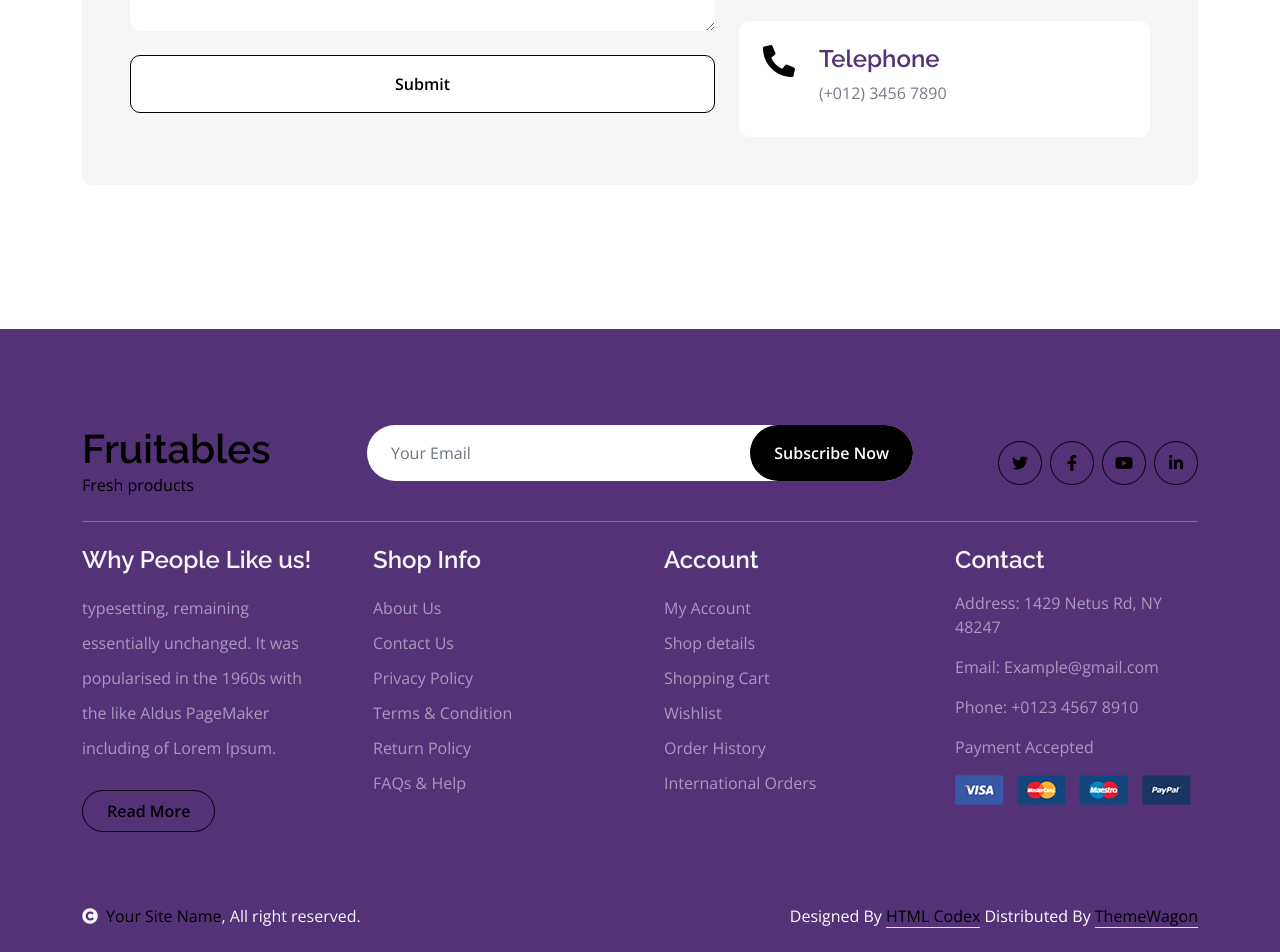
Repository: ChristhurasaRoshan/Maxiyux-New
Page: contact.html
An editor plug-in stored every save of this project. The page is shown before and after the next save, followed by the edit.
The browser window is 1280 px wide. The pictures show the part of the page from y = 1339 to 2291 px (the page is 2291 px tall before and 2279 px after).
Some web libraries are served in a nearby version.

Above is the page before, as saved 2024-10-07 13:52:56.

### contact.html
<!DOCTYPE html>
<html lang="en">

    <head>
        <meta charset="utf-8">
        <title>Fruitables - Vegetable Website Template</title>
        <meta content="width=device-width, initial-scale=1.0" name="viewport">
        <meta content="" name="keywords">
        <meta content="" name="description">

        <!-- Google Web Fonts -->
        <link rel="preconnect" href="https://fonts.googleapis.com">
        <link rel="preconnect" href="https://fonts.gstatic.com" crossorigin>
        <link href="https://fonts.googleapis.com/css2?family=Open+Sans:wght@400;600&family=Raleway:wght@600;800&display=swap" rel="stylesheet">

        <!-- Icon Font Stylesheet -->
        <link rel="stylesheet" href="https://use.fontawesome.com/releases/v5.15.4/css/all.css"/>
        <link href="https://cdn.jsdelivr.net/npm/bootstrap-icons@1.4.1/font/bootstrap-icons.css" rel="stylesheet">

        <!-- Libraries Stylesheet -->
        <link href="lib/lightbox/css/lightbox.min.css" rel="stylesheet">
        <link href="lib/owlcarousel/assets/owl.carousel.min.css" rel="stylesheet">


        <!-- Customized Bootstrap Stylesheet -->
        <link href="css/bootstrap.min.css" rel="stylesheet">

        <!-- Template Stylesheet -->
        <link href="css/style.css" rel="stylesheet">
    </head>

    <body>

        <!-- Spinner Start -->
        <div id="spinner" class="show w-100 vh-100 bg-white position-fixed translate-middle top-50 start-50  d-flex align-items-center justify-content-center">
            <div class="spinner-grow text-primary" role="status"></div>
        </div>
        <!-- Spinner End -->


        <!-- Navbar start -->
        <div class="container-fluid fixed-top">
            <div class="container topbar bg-primary d-none d-lg-block">
                <div class="d-flex justify-content-between">
                    <div class="top-info ps-2">
                        <small class="me-3"><i class="fas fa-map-marker-alt me-2 text-secondary"></i> <a href="#" class="text-white">123 Street, New York</a></small>
                        <small class="me-3"><i class="fas fa-envelope me-2 text-secondary"></i><a href="#" class="text-white">Email@Example.com</a></small>
                    </div>
                    <div class="top-link pe-2">
                        <a href="#" class="text-white"><small class="text-white mx-2">Privacy Policy</small>/</a>
                        <a href="#" class="text-white"><small class="text-white mx-2">Terms of Use</small>/</a>
                        <a href="#" class="text-white"><small class="text-white ms-2">Sales and Refunds</small></a>
                    </div>
                </div>
            </div>
            <div class="container px-0">
                <nav class="navbar navbar-light bg-white navbar-expand-xl">
                    <!-- <img src="img/logo.png"> -->
                    <button class="navbar-toggler py-2 px-3" type="button" data-bs-toggle="collapse" data-bs-target="#navbarCollapse">
                        <span class="fa fa-bars text-primary"></span>
                    </button>
                    <div class="collapse navbar-collapse bg-white" id="navbarCollapse">
                        <div class="navbar-nav mx-auto">
                            <a href="index.html" class="nav-item nav-link active">Home</a>
                            <a href="about.html" class="nav-item nav-link active">About</a>
                            <a href="shop.html" class="nav-item nav-link">Shop</a>
                            <a href="shop-detail.html" class="nav-item nav-link">Shop Detail</a>
                            <div class="nav-item dropdown">
                                <a href="#" class="nav-link dropdown-toggle" data-bs-toggle="dropdown">Pages</a>
                                <div class="dropdown-menu m-0 bg-secondary rounded-0">
                                    <a href="cart.html" class="dropdown-item">Cart</a>
                                    <a href="chackout.html" class="dropdown-item">Chackout</a>
                                    <a href="testimonial.html" class="dropdown-item">Testimonial</a>
                                    <!-- <a href="404.html" class="dropdown-item">404 Page</a> -->
                                </div>
                            </div>
                            <a href="contact.html" class="nav-item nav-link">Contact</a>
                        </div>
                        <div class="d-flex m-3 me-0">
                            <button class="btn-search btn border border-secondary btn-md-square rounded-circle bg-white me-4" data-bs-toggle="modal" data-bs-target="#searchModal"><i class="fas fa-search text-primary"></i></button>
                            <a href="#" class="position-relative me-4 my-auto">
                                <i class="fa fa-shopping-bag fa-2x"></i>
                                <span class="position-absolute bg-secondary rounded-circle d-flex align-items-center justify-content-center text-white px-1" style="top: -5px; left: 15px; height: 20px; min-width: 20px;">3</span>
                            </a>
                            <a href="#" class="my-auto">
                                <i class="fas fa-user fa-2x"></i>
                            </a>
                        </div>
                    </div>
                </nav>
            </div>
        </div>
        <!-- Navbar End -->


        <!-- Modal Search Start -->
        <div class="modal fade" id="searchModal" tabindex="-1" aria-labelledby="exampleModalLabel" aria-hidden="true">
            <div class="modal-dialog modal-fullscreen">
                <div class="modal-content rounded-0">
                    <div class="modal-header">
                        <h5 class="modal-title" id="exampleModalLabel">Search by keyword</h5>
                        <button type="button" class="btn-close" data-bs-dismiss="modal" aria-label="Close"></button>
                    </div>
                    <div class="modal-body d-flex align-items-center">
                        <div class="input-group w-75 mx-auto d-flex">
                            <input type="search" class="form-control p-3" placeholder="keywords" aria-describedby="search-icon-1">
                            <span id="search-icon-1" class="input-group-text p-3"><i class="fa fa-search"></i></span>
                        </div>
                    </div>
                </div>
            </div>
        </div>
        <!-- Modal Search End -->


        <!-- Single Page Header start -->
        <div class="container-fluid page-header py-5">
            <h1 class="text-center text-white display-6">Contact</h1>
            <ol class="breadcrumb justify-content-center mb-0">
                <li class="breadcrumb-item"><a href="#">Home</a></li>
                <li class="breadcrumb-item"><a href="#">Pages</a></li>
                <li class="breadcrumb-item active text-white">Contact</li>
            </ol>
        </div>
        <!-- Single Page Header End -->


        <!-- Contact Start -->
        <div class="container-fluid contact py-5">
            <div class="container py-5">
                <div class="p-5 bg-light rounded">
                    <div class="row g-4">
                        <div class="col-12">
                            <div class="text-center mx-auto" style="max-width: 700px;">
                                <h1 class="text-primary">Get in touch</h1>
                                <p class="mb-4">The contact form is currently inactive. Get a functional and working contact form with Ajax & PHP in a few minutes. Just copy and paste the files, add a little code and you're done. <a href="https://htmlcodex.com/contact-form">Download Now</a>.</p>
                            </div>
                        </div>
                        <div class="col-lg-12">
                            <div class="h-100 rounded">
                                <iframe class="rounded w-100"
                                style="height: 400px;" src="https://www.google.com/maps/embed?pb=!1m18!1m12!1m3!1d387191.33750346623!2d-73.97968099999999!3d40.6974881!2m3!1f0!2f0!3f0!3m2!1i1024!2i768!4f13.1!3m3!1m2!1s0x89c24fa5d33f083b%3A0xc80b8f06e177fe62!2sNew%20York%2C%20NY%2C%20USA!5e0!3m2!1sen!2sbd!4v1694259649153!5m2!1sen!2sbd"
                                loading="lazy" referrerpolicy="no-referrer-when-downgrade"></iframe>
                            </div>
                        </div>
                        <div class="col-lg-7">
                            <form action="" class="">
                                <input type="text" class="w-100 form-control border-0 py-3 mb-4" placeholder="Your Name">
                                <input type="email" class="w-100 form-control border-0 py-3 mb-4" placeholder="Enter Your Email">
                                <textarea class="w-100 form-control border-0 mb-4" rows="5" cols="10" placeholder="Your Message"></textarea>
                                <button class="w-100 btn form-control border-secondary py-3 bg-white text-primary " type="submit">Submit</button>
                            </form>
                        </div>
                        <div class="col-lg-5">
                            <div class="d-flex p-4 rounded mb-4 bg-white">
                                <i class="fas fa-map-marker-alt fa-2x text-primary me-4"></i>
                                <div>
                                    <h4>Address</h4>
                                    <p class="mb-2">123 Street New York.USA</p>
                                </div>
                            </div>
                            <div class="d-flex p-4 rounded mb-4 bg-white">
                                <i class="fas fa-envelope fa-2x text-primary me-4"></i>
                                <div>
                                    <h4>Mail Us</h4>
                                    <p class="mb-2">info@example.com</p>
                                </div>
                            </div>
                            <div class="d-flex p-4 rounded bg-white">
                                <i class="fa fa-phone-alt fa-2x text-primary me-4"></i>
                                <div>
                                    <h4>Telephone</h4>
                                    <p class="mb-2">(+012) 3456 7890</p>
                                </div>
                            </div>
                        </div>
                    </div>
                </div>
            </div>
        </div>
        <!-- Contact End -->


        <!-- Footer Start -->
        <div class="container-fluid bg-dark text-white-50 footer pt-5 mt-5">
            <div class="container py-5">
                <div class="pb-4 mb-4" style="border-bottom: 1px solid rgba(226, 175, 24, 0.5) ;">
                    <div class="row g-4">
                        <div class="col-lg-3">
                            <a href="#">
                                <h1 class="text-primary mb-0">Fruitables</h1>
                                <p class="text-secondary mb-0">Fresh products</p>
                            </a>
                        </div>
                        <div class="col-lg-6">
                            <div class="position-relative mx-auto">
                                <input class="form-control border-0 w-100 py-3 px-4 rounded-pill" type="number" placeholder="Your Email">
                                <button type="submit" class="btn btn-primary border-0 border-secondary py-3 px-4 position-absolute rounded-pill text-white" style="top: 0; right: 0;">Subscribe Now</button>
                            </div>
                        </div>
                        <div class="col-lg-3">
                            <div class="d-flex justify-content-end pt-3">
                                <a class="btn  btn-outline-secondary me-2 btn-md-square rounded-circle" href=""><i class="fab fa-twitter"></i></a>
                                <a class="btn btn-outline-secondary me-2 btn-md-square rounded-circle" href=""><i class="fab fa-facebook-f"></i></a>
                                <a class="btn btn-outline-secondary me-2 btn-md-square rounded-circle" href=""><i class="fab fa-youtube"></i></a>
                                <a class="btn btn-outline-secondary btn-md-square rounded-circle" href=""><i class="fab fa-linkedin-in"></i></a>
                            </div>
                        </div>
                    </div>
                </div>
                <div class="row g-5">
                    <div class="col-lg-3 col-md-6">
                        <div class="footer-item">
                            <h4 class="text-light mb-3">Why People Like us!</h4>
                            <p class="mb-4">typesetting, remaining essentially unchanged. It was
                                popularised in the 1960s with the like Aldus PageMaker including of Lorem Ipsum.</p>
                            <a href="" class="btn border-secondary py-2 px-4 rounded-pill text-primary">Read More</a>
                        </div>
                    </div>
                    <div class="col-lg-3 col-md-6">
                        <div class="d-flex flex-column text-start footer-item">
                            <h4 class="text-light mb-3">Shop Info</h4>
                            <a class="btn-link" href="">About Us</a>
                            <a class="btn-link" href="">Contact Us</a>
                            <a class="btn-link" href="">Privacy Policy</a>
                            <a class="btn-link" href="">Terms & Condition</a>
                            <a class="btn-link" href="">Return Policy</a>
                            <a class="btn-link" href="">FAQs & Help</a>
                        </div>
                    </div>
                    <div class="col-lg-3 col-md-6">
                        <div class="d-flex flex-column text-start footer-item">
                            <h4 class="text-light mb-3">Account</h4>
                            <a class="btn-link" href="">My Account</a>
                            <a class="btn-link" href="">Shop details</a>
                            <a class="btn-link" href="">Shopping Cart</a>
                            <a class="btn-link" href="">Wishlist</a>
                            <a class="btn-link" href="">Order History</a>
                            <a class="btn-link" href="">International Orders</a>
                        </div>
                    </div>
                    <div class="col-lg-3 col-md-6">
                        <div class="footer-item">
                            <h4 class="text-light mb-3">Contact</h4>
                            <p>Address: 1429 Netus Rd, NY 48247</p>
                            <p>Email: Example@gmail.com</p>
                            <p>Phone: +0123 4567 8910</p>
                            <p>Payment Accepted</p>
                            <img src="img/payment.png" class="img-fluid" alt="">
                        </div>
                    </div>
                </div>
            </div>
        </div>
        <!-- Footer End -->

        <!-- Copyright Start -->
        <div class="container-fluid copyright bg-dark py-4">
            <div class="container">
                <div class="row">
                    <div class="col-md-6 text-center text-md-start mb-3 mb-md-0">
                        <span class="text-light"><a href="#"><i class="fas fa-copyright text-light me-2"></i>Your Site Name</a>, All right reserved.</span>
                    </div>
                    <div class="col-md-6 my-auto text-center text-md-end text-white">
                        <!--/*** This template is free as long as you keep the below author’s credit link/attribution link/backlink. ***/-->
                        <!--/*** If you'd like to use the template without the below author’s credit link/attribution link/backlink, ***/-->
                        <!--/*** you can purchase the Credit Removal License from "https://htmlcodex.com/credit-removal". ***/-->
                        Designed By <a class="border-bottom" href="https://htmlcodex.com">HTML Codex</a> Distributed By <a class="border-bottom" href="https://themewagon.com">ThemeWagon</a>
                    </div>
                </div>
            </div>
        </div>
        <!-- Copyright End -->



        <!-- Back to Top -->
        <a href="#" class="btn btn-primary border-3 border-primary rounded-circle back-to-top"><i class="fa fa-arrow-up"></i></a>


    <!-- JavaScript Libraries -->
    <script src="https://ajax.googleapis.com/ajax/libs/jquery/3.6.4/jquery.min.js"></script>
    <script src="https://cdn.jsdelivr.net/npm/bootstrap@5.0.0/dist/js/bootstrap.bundle.min.js"></script>
    <script src="lib/easing/easing.min.js"></script>
    <script src="lib/waypoints/waypoints.min.js"></script>
    <script src="lib/lightbox/js/lightbox.min.js"></script>
    <script src="lib/owlcarousel/owl.carousel.min.js"></script>

    <!-- Template Javascript -->
    <script src="js/main.js"></script>
    </body>

</html>

Loaded but not shown: lib/lightbox/css/lightbox.min.css (common file); lib/owlcarousel/assets/owl.carousel.min.css (common file); css/bootstrap.min.css (library); lib/easing/easing.min.js (common file); lib/waypoints/waypoints.min.js (library); lib/lightbox/js/lightbox.min.js (library); lib/owlcarousel/owl.carousel.min.js (library); js/main.js (150 lines, source omitted); css/style.css (633 lines, source omitted)

After the next save:
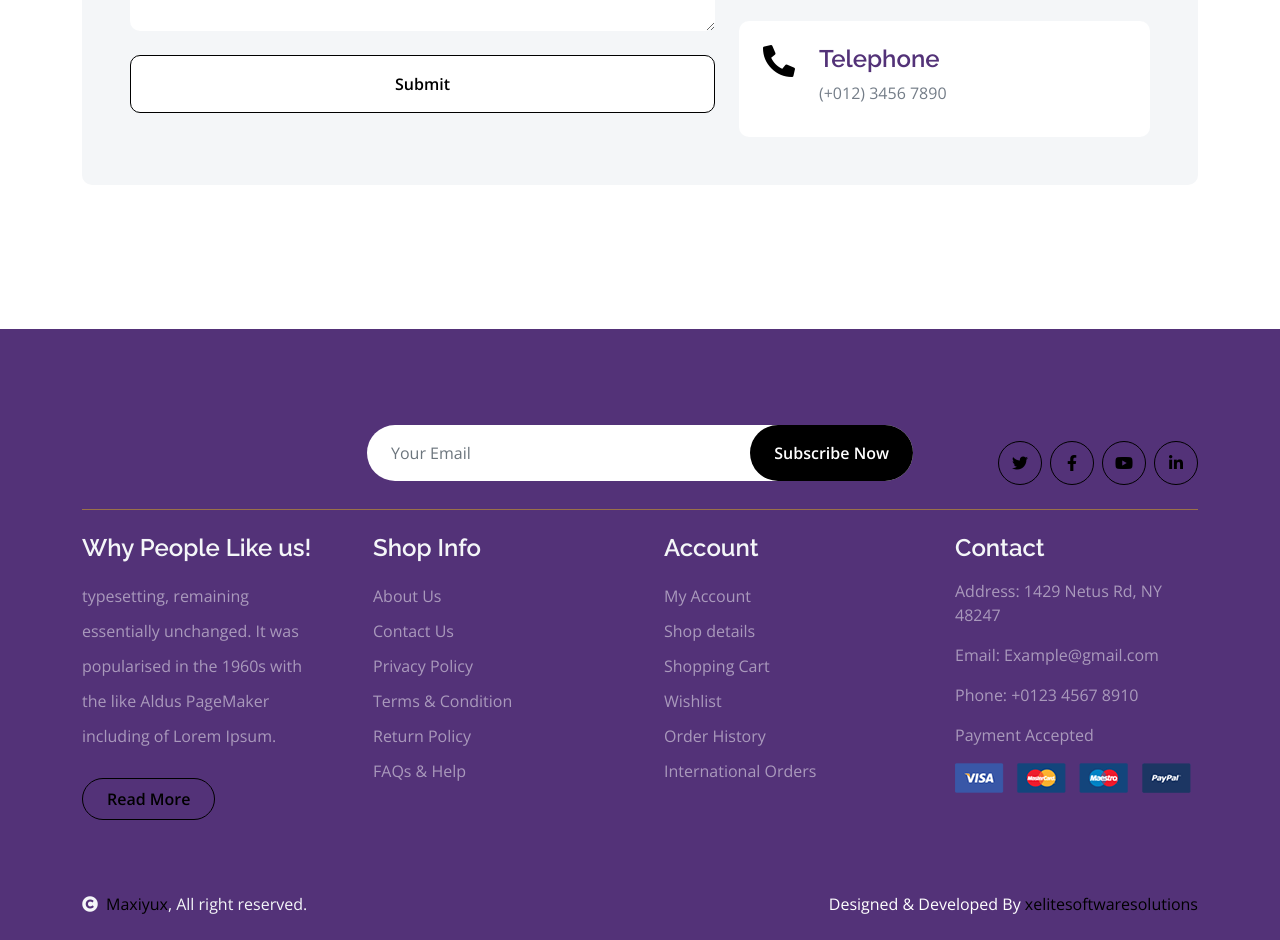
Saved 15 s later.
--- a/contact.html
+++ b/contact.html
@@ -188,8 +188,8 @@
                     <div class="row g-4">
                         <div class="col-lg-3">
                             <a href="#">
-                                <h1 class="text-primary mb-0">Fruitables</h1>
-                                <p class="text-secondary mb-0">Fresh products</p>
+                                <!-- <h1 class="text-primary mb-0">Fruitables</h1>
+                                <p class="text-secondary mb-0">Fresh products</p> -->
                             </a>
                         </div>
                         <div class="col-lg-6">
@@ -259,18 +259,19 @@
             <div class="container">
                 <div class="row">
                     <div class="col-md-6 text-center text-md-start mb-3 mb-md-0">
-                        <span class="text-light"><a href="#"><i class="fas fa-copyright text-light me-2"></i>Your Site Name</a>, All right reserved.</span>
+                        <span class="text-light"><a href="#"><i class="fas fa-copyright text-light me-2"></i>Maxiyux</a>, All right reserved.</span>
                     </div>
                     <div class="col-md-6 my-auto text-center text-md-end text-white">
                         <!--/*** This template is free as long as you keep the below author’s credit link/attribution link/backlink. ***/-->
                         <!--/*** If you'd like to use the template without the below author’s credit link/attribution link/backlink, ***/-->
                         <!--/*** you can purchase the Credit Removal License from "https://htmlcodex.com/credit-removal". ***/-->
-                        Designed By <a class="border-bottom" href="https://htmlcodex.com">HTML Codex</a> Distributed By <a class="border-bottom" href="https://themewagon.com">ThemeWagon</a>
+                        Designed & Developed By <a class="" href="https://xelitesoftwaresolutions.com">xelitesoftwaresolutions</a>
                     </div>
                 </div>
             </div>
         </div>
         <!-- Copyright End -->
+
 
 
 
